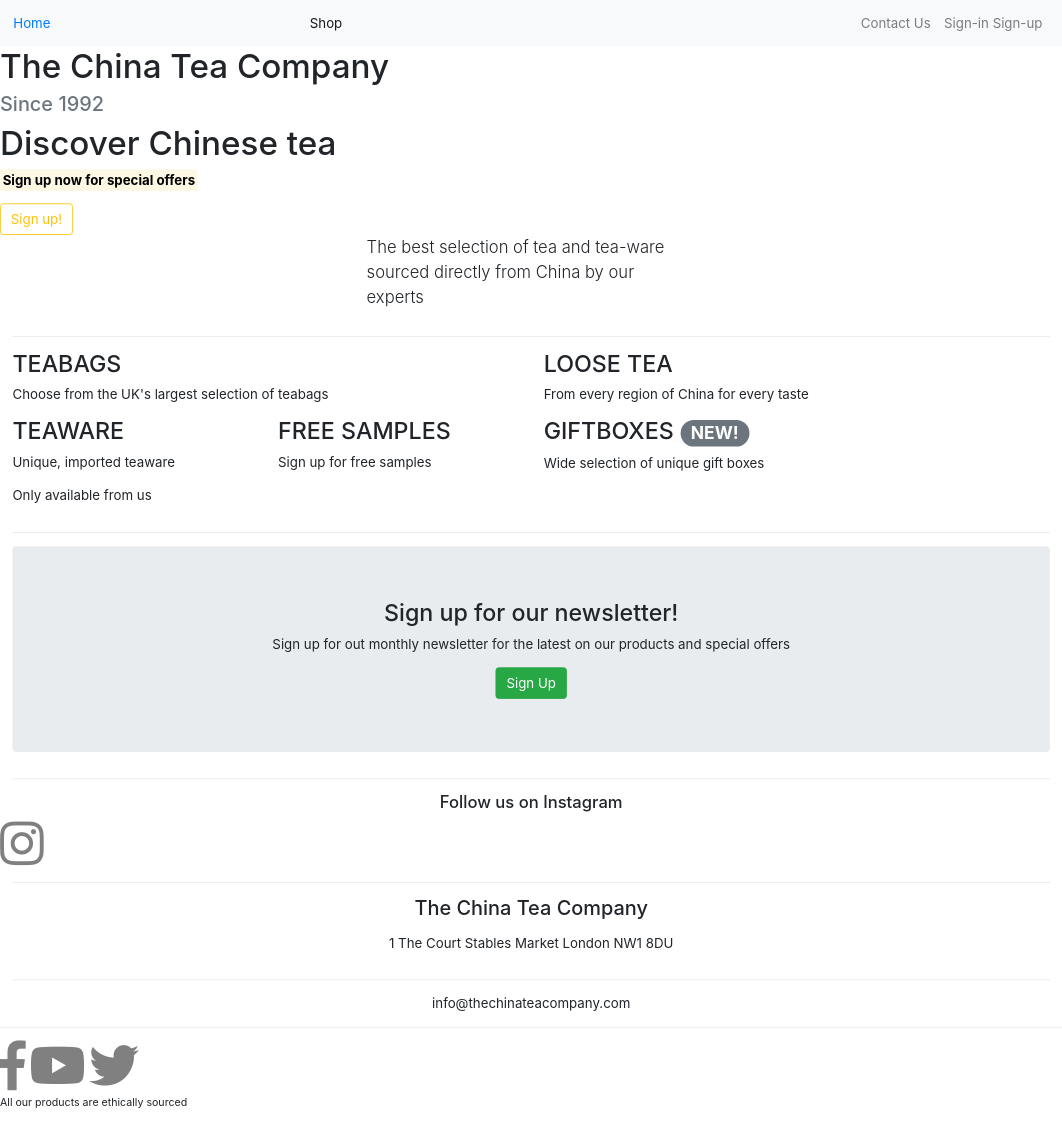
Repository: Code-Institute-Submissions/china-tea
Page: index.html
The author's editor kept a record of every edit. The page is drawn from the files as they stood at one moment, then again after the next edit.
The browser window is 1280 px wide. The pictures show the whole page, at 83% of full size.
Some web libraries are served in a nearby version.

Above is the page before.

After the next edit:
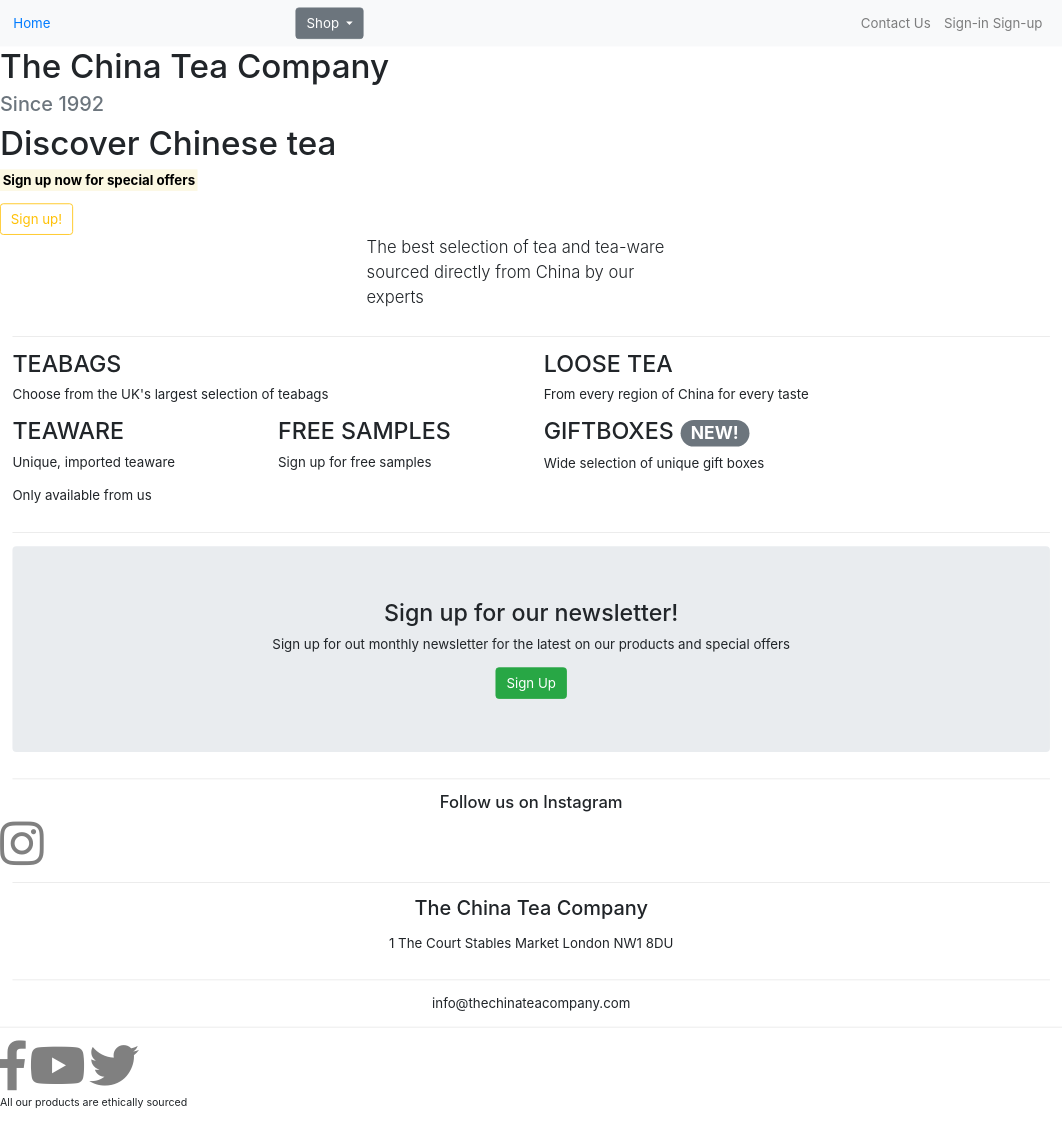
The edit:
--- a/index.html
+++ b/index.html
@@ -27,7 +27,17 @@
         <div class="collapse navbar-collapse" id="navbarNavDropdown">
 
             <ul class="navbar-nav mx-auto">
-                <li class="active nav-item "><a class="nav-link" href="/">Shop</a></li>
+                <div class="dropdown">
+                    <a class="btn btn-secondary dropdown-toggle" href="#" role="button" id="dropdownMenuLink" data-toggle="dropdown" aria-haspopup="true" aria-expanded="false">
+    Shop
+  </a>
+
+                    <div class="dropdown-menu" aria-labelledby="dropdownMenuLink">
+                        <a class="dropdown-item" href="#">Action</a>
+                        <a class="dropdown-item" href="#">Another action</a>
+                        <a class="dropdown-item" href="#">Something else here</a>
+                    </div>
+                </div>
 
 
             </ul>
@@ -35,11 +45,11 @@
 
 
 
-                <ul class="navbar-nav ml-auto ">
-
-                    <li class="nav-item"><a class="nav-link" href="/contact">Contact Us</a></li>
-                    <li class="nav-item"><a class="nav-link" href="/sign-in">Sign-in Sign-up</a></li>
-                </ul>
+            <ul class="navbar-nav ml-auto ">
+
+                <li class="nav-item"><a class="nav-link" href="/contact">Contact Us</a></li>
+                <li class="nav-item"><a class="nav-link" href="/sign-in">Sign-in Sign-up</a></li>
+            </ul>
 
         </div>
     </nav>
